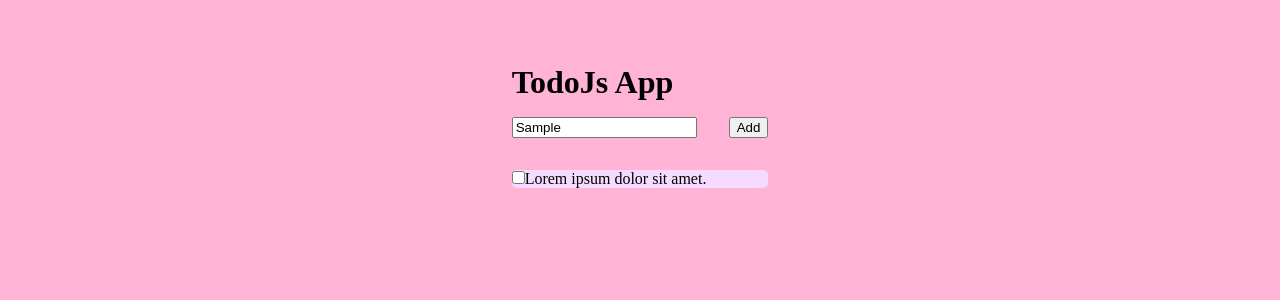
Repository: AlexandraYuhno/todo
Page: index.html
An editor plug-in stored every save of this project. The page is shown before and after the next save, followed by the edit.
The browser window is 1280 px wide. The pictures show the whole page.
Empty fields were first filled with sample values (such as "Sample", 5 or name@example.com).
After loading, the first visible `#btnAdd` was clicked once.

Above is the page before, as saved 2024-06-17 12:41:44.
Console error: ReferenceError: btn is not defined

After the next save:
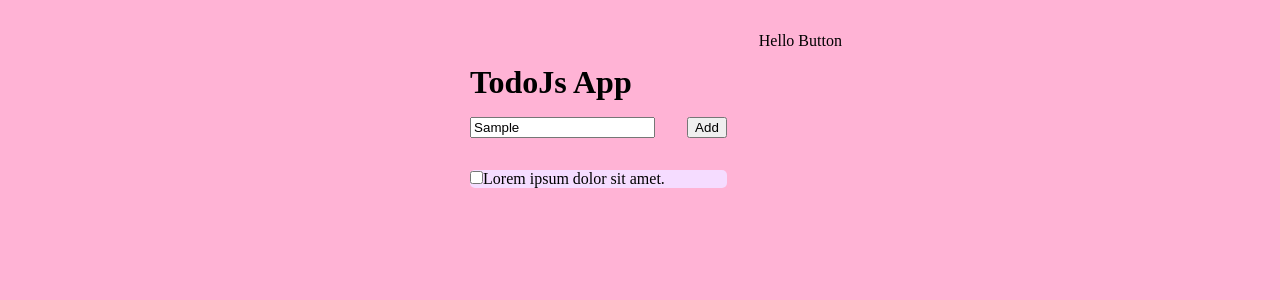
The error is gone.
Saved 34 s later.
--- a/script.js
+++ b/script.js
@@ -9,7 +9,7 @@ const task = document.getElementById('task')
 function addTask(text){
     const newTask = document.createElement("div")
     newTask.innerHTML = "Hello Button";
-    document.body.appendChild(btn);
+    document.body.appendChild(newTask);
 }
 
 btnAdd.addEventListener("click", addTask)
